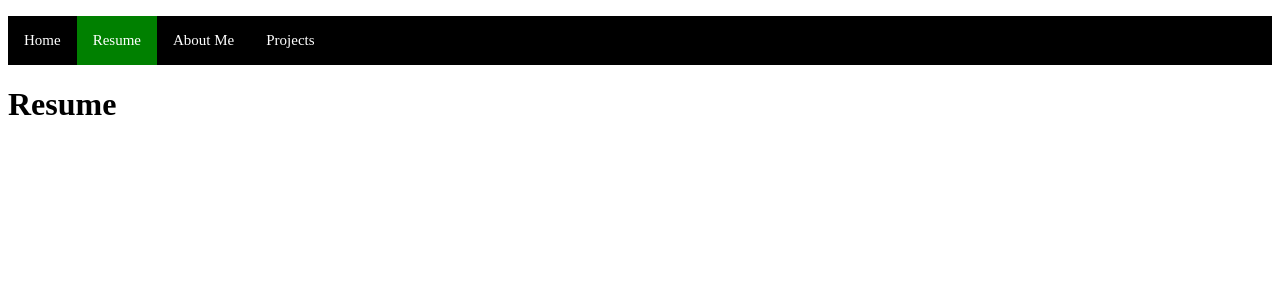
Repository: Coli-Pixel/Coli-Pixel.github.io
Page: resume.html
The author's editor kept a record of every edit. The page is drawn from the files as they stood at one moment, then again after the next edit.
The browser window is 1280 px wide. The pictures show the whole page.

Above is the page before.

After the next edit:
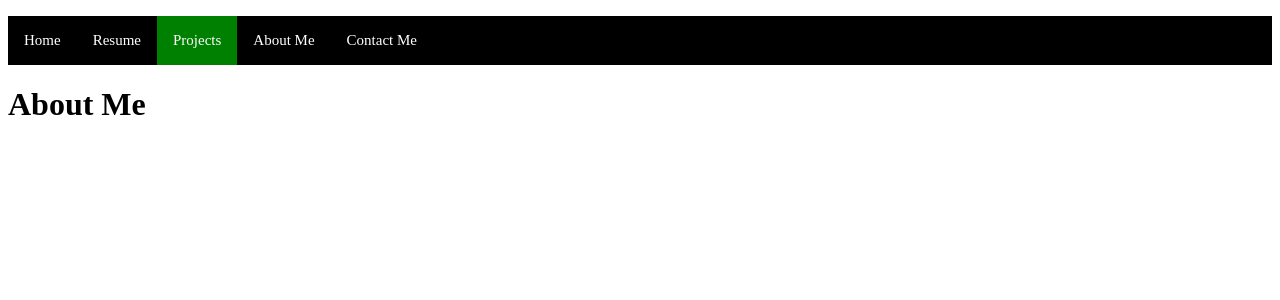
The edit:
--- a/resume.html
+++ b/resume.html
@@ -1,23 +1,24 @@
 <!DOCTYPE html>
 <html>
     <head>
-        <title>Home</title>
+        <title>Resume</title>
         <link rel="stylesheet" type="text/css" href="style.css">
     </head>
     <body>
         <ul class="navbar">
-            <li><a href="/index.html">Home</a></li>
-            <li class="active"><a href="/resume.html">Resume</a></li>
-            <li><a href="/about-me.html">About Me</a></li>
+            <li ><a href="/index.html">Home</a></li>
+            <li><a href="/resume.html">Resume</a></li>
             <li class = "dropdown">
-                <div>Projects</div>
+                <div class="active">Projects</div>
                 <ul class="dropdown-content">
                     <li><a href="#">Project 1</a></li>
                     <li><a href="#">Project 2</a></li>
                     <li><a href="#">Project 3</a></li>
                 </ul>
             </li>
+            <li><a href="/about-me.html">About Me</a></li>
+            <li><a href="/contact-me.html">Contact Me</a></li>
         </ul>
-        <h1>Resume</h1>
+        <h1>About Me</h1>
     </body>
 </html>
